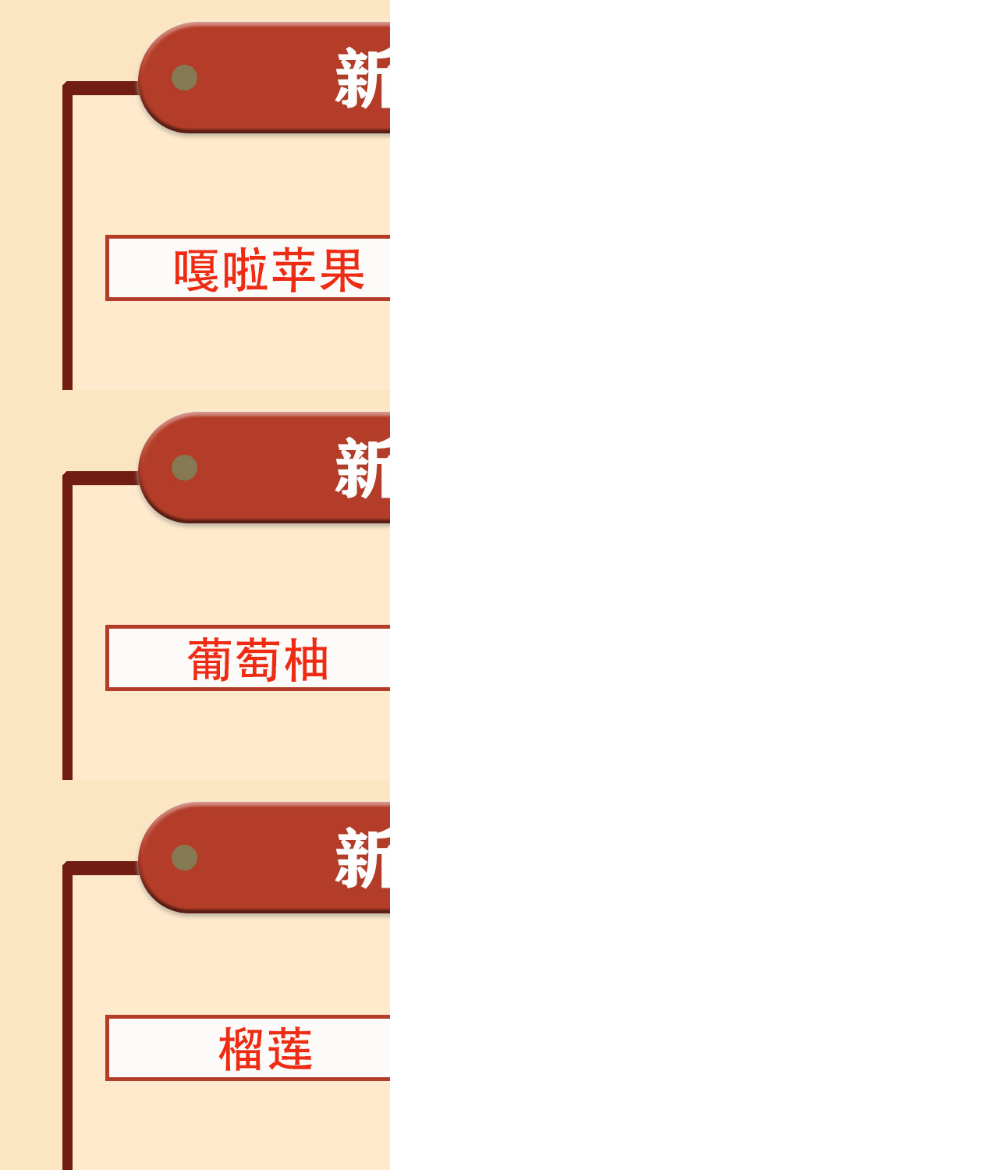
Repository: fixbb/workspace
Page: 016盒子模型/index1.html
These files come from the project's save history. The page is drawn as it stood at one moment and after the next save; the edit follows.
The browser window is 1280 px wide. The pictures show the whole page, at 78% of full size.

Above is the page before, as saved 2021-08-30 16:37:41.

After the next save:
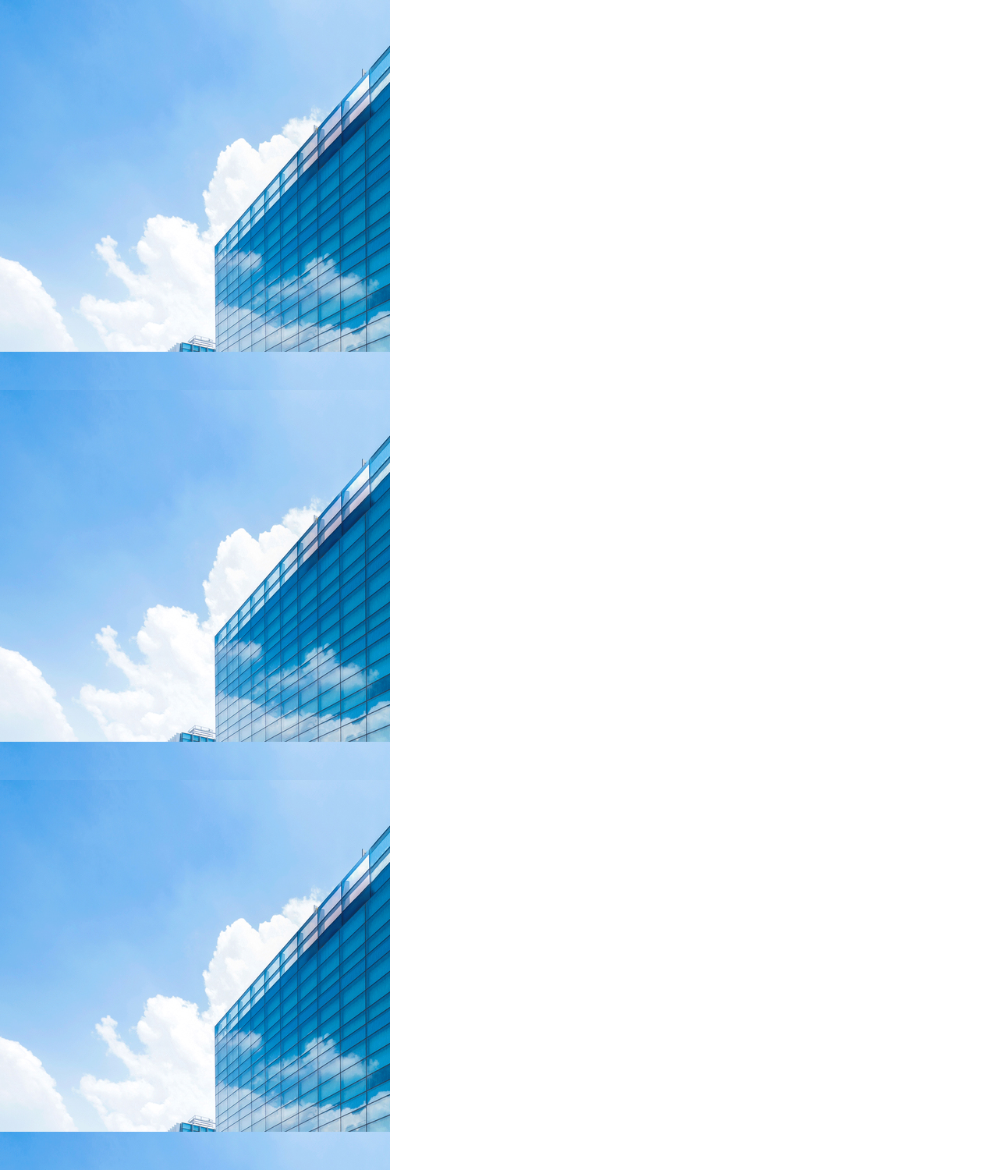
Saved 116 s later.
--- a/016盒子模型/index1.html
+++ b/016盒子模型/index1.html
@@ -13,14 +13,15 @@
         .y {
             width: 500px;
             height: 500px;
+            background: url(./imgs/1.jpg);
         }
     </style>
 </head>
 
 <body>
-    <div class="y" style="background: url(./imgs/3合1-新鲜水果_1.jpg);"></div>
-    <div class="y" style="background: url(./imgs/3合1-新鲜水果_2.jpg);"></div>
-    <div class="y" style="background: url(./imgs/3合1-新鲜水果_3.jpg);"></div>
+    <div class="y"></div>
+    <div class="y"></div>
+    <div class="y"></div>
 </body>
 
 </html>
